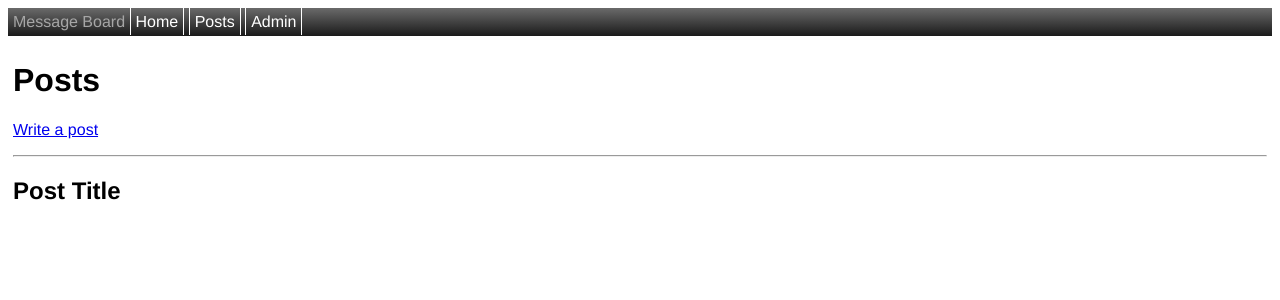
Repository: JesseFo/Whitespace
Page: whitespace/WebContent/WEB-INF/posts2.html
The author's editor kept a copy of each file at every save. The page is drawn from the files as they stood at one save, then again after the next save.
The browser window is 1280 px wide. The pictures show the whole page.

Above is the page before, as saved 2015-12-05 07:43:47.

### whitespace/WebContent/WEB-INF/posts2.html
<!DOCTYPE html>
<html>
	<head>
		<title>Posts</title>
		<link rel="stylesheet" type="text/css" href="main.css">
	</head>
	<body>
		<div id="wrapper">
			<nav>
				Message Board
				<a href="#">Home</a>
				<a href="posts.jsp">Posts</a>
				<a href="#">Admin</a>
			</nav>

			<div id="content">
				<h1>Posts</h1>
				<p><a href="newpost.jsp">Write a post</a></p>
				<hr />
				<div class="post">
					<h2 class="posttitle">Post Title</h2>
				</div>
			</div>
		</div>
	</body>
</html>

### whitespace/WebContent/WEB-INF/main.css
@CHARSET "ISO-8859-1";

#wrapper
{
	font-family: Helvetica, Arial, sans-serif;
}

nav
{
  background: -webkit-linear-gradient(#6A6A6A, #1A1A1A); /* For Safari 5.1 to 6.0 */
  background: -o-linear-gradient(#6A6A6A, #1A1A1A); /* For Opera 11.1 to 12.0 */
  background: -moz-linear-gradient(#6A6A6A, #1A1A1A); /* For Firefox 3.6 to 15 */
  background: linear-gradient(#6A6A6A, #1A1A1A); /* Standard syntax */
  color: #A6A6A6;
  padding: 5px
}

nav > a
{
	text-decoration: none;
	color: white;
	padding: 5px;
	border-left: 1px solid white;
	border-right: 1px solid white;
	margin: 0;
}

#content
{
	padding: 5px;
}

td
{
	padding-right: 5px;
}

.formlabel
{
	text-align: right;
}

.post
{
	border: 1p solid black;
	border-radius: 10px;
}

After the next save:
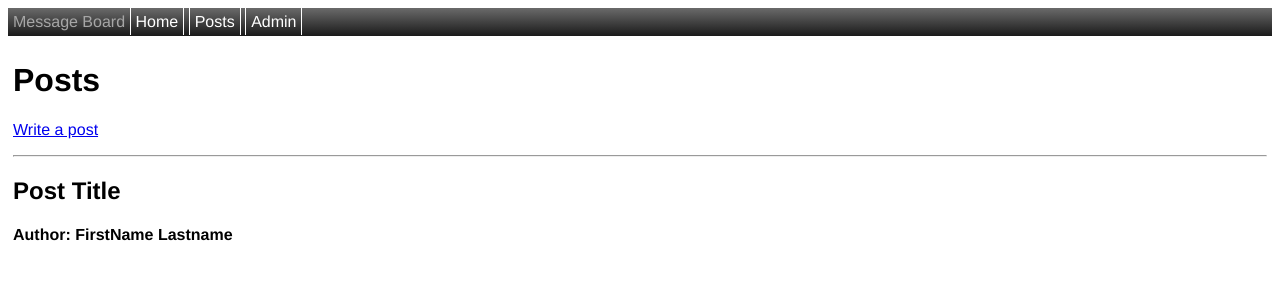
Saved 81 s later.
--- a/whitespace/WebContent/WEB-INF/posts2.html
+++ b/whitespace/WebContent/WEB-INF/posts2.html
@@ -19,6 +19,7 @@
 				<hr />
 				<div class="post">
 					<h2 class="posttitle">Post Title</h2>
+					<h4>Author: FirstName Lastname</h4>
 				</div>
 			</div>
 		</div>
